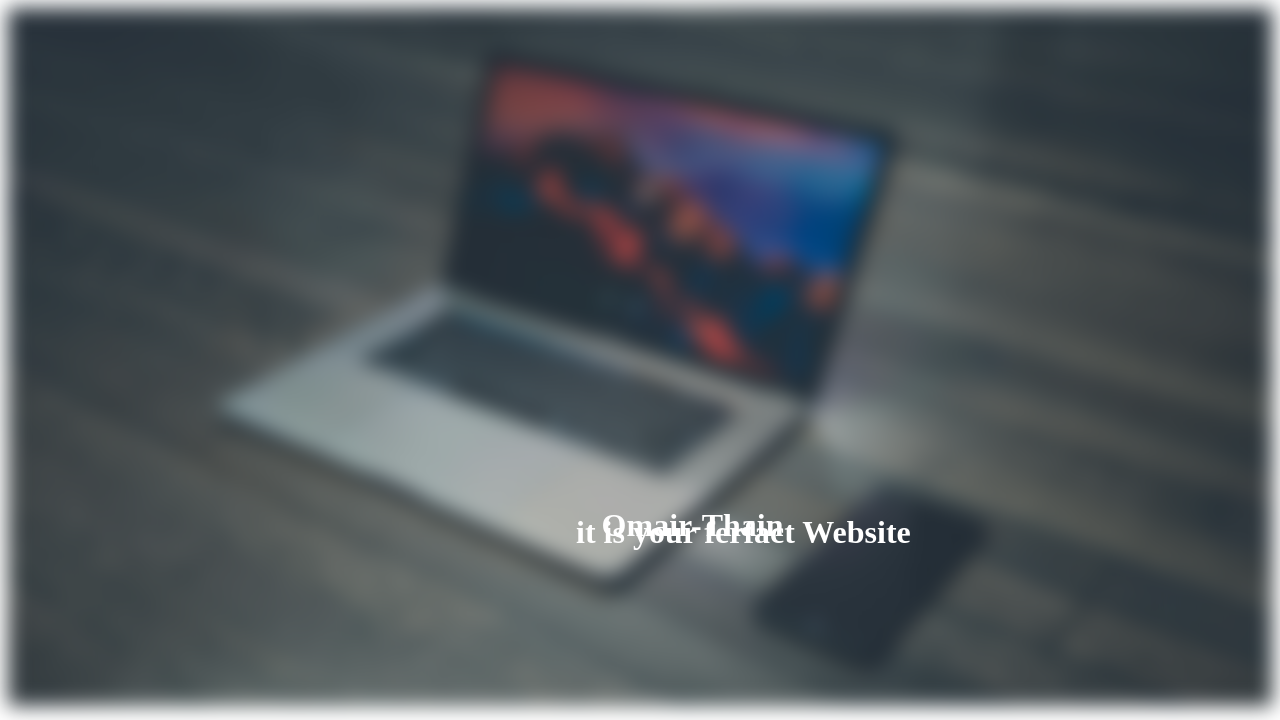
Repository: MrHadSheanas/Image_Fouce
Page: index.html
These files come from the project's save history. The page is drawn as it stood at one moment and after the next save; the edit follows.
The browser window is 1280 px wide. The pictures show the whole page.

Above is the page before, as saved 2025-09-06 07:02:42.

After the next save:
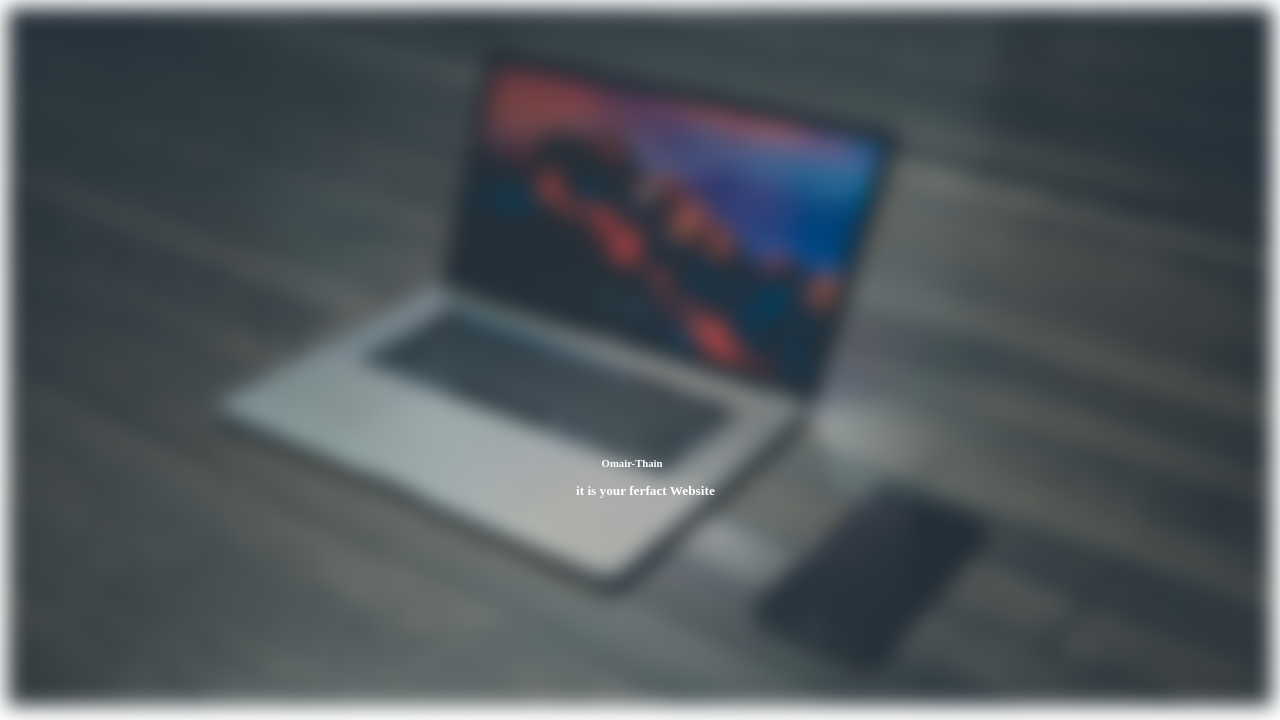
Saved 10 s later.
--- a/style.css
+++ b/style.css
@@ -30,7 +30,6 @@
    left: 47%;
    color: white;
    font-weight: 800;
-   font-size: 2em;
 }
 h5{
    top: 64vh;
